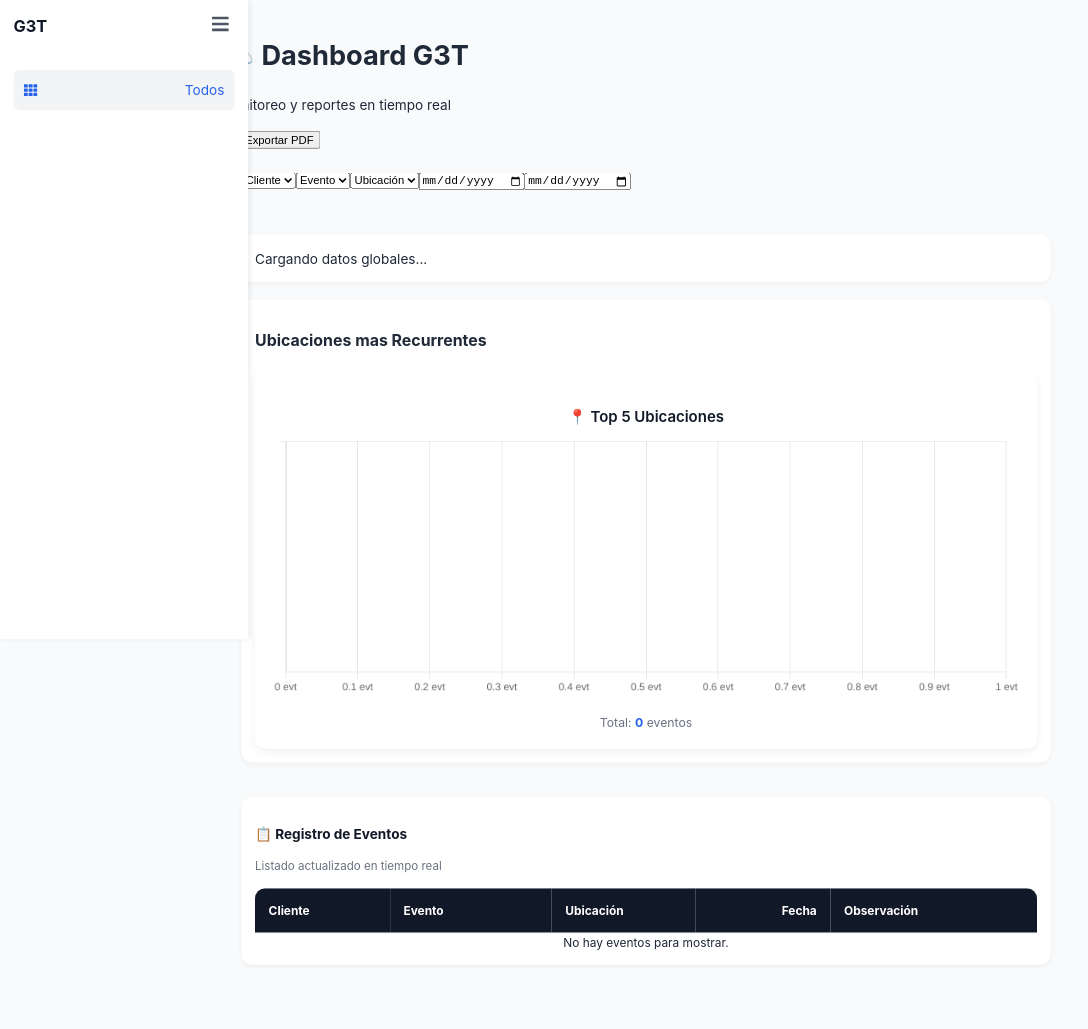
Repository: BBrian11/reportes
Page: /
An editor plug-in stored every save of this project. The page is shown before and after the next save, followed by the edit.
The browser window is 1280 px wide. The pictures show the whole page, at 85% of full size.
The page's requests for data from a server got no answer. The project was rebuilt for these pictures with package versions that can differ from the ones it lists, and the page was loaded fresh each time. No one was signed in, and anything a server would have sent is missing. Also part of the build but not shown: vite.config.js, src/styles/barChart.css, src/components/Dashboard/BarChart.jsx, src/components/Dashboard/PieChart.jsx, src/components/Dashboard/LineChart.jsx, src/styles/tgsstats.css, src/components/Dashboard/TgsStats.jsx, src/styles/edificiostats.css and 8 more.

Above is the page before, as saved 2025-07-31 13:46:00.

### index.html
<!DOCTYPE html>
<html lang="es">
  <head>
    <meta charset="UTF-8" />
    <meta name="viewport" content="width=device-width, initial-scale=1.0" />
    <title>Dashboard G3T</title>
  </head>
  <body>
    <div id="root"></div>
    <script type="module" src="/src/main.jsx"></script>
  </body>
</html>

### src/main.jsx
import React from "react";
import ReactDOM from "react-dom/client";
import App from "./App.jsx";
import "./styles/dashboard.css";
import "./styles/form.css";

ReactDOM.createRoot(document.getElementById("root")).render(
  <React.StrictMode>
    <App />
  </React.StrictMode>
);

### src/App.jsx
import React from "react";
import Dashboard from "./components/Dashboard/Dashboard.jsx";

export default function App() {
  return <Dashboard />;
}

### src/components/Dashboard/Dashboard.jsx
import React, { useEffect, useState } from "react";
import Sidebar from "./Sidebar.jsx";
import Header from "./Header.jsx";
import Filters from "./Filters.jsx";
import Charts from "./Charts.jsx";
import EventsTable from "./EventsTable.jsx";
import TgsStats from "./TgsStats.jsx";
import EdificioStats from "./EdificioStats.jsx";
import VtvStats from "./VtvStats.jsx";
import GlobalStats from "./GlobalStats.jsx";
import MiniCharts from "./MiniCharts.jsx";
import LineAnalytics from "./LineAnalytics.jsx";
import { collection, onSnapshot } from "firebase/firestore";
import { db } from "../../services/firebase";
import "../../styles/dashboard.css";

export default function Dashboard() {
  const [eventos, setEventos] = useState([]);
  const [filtros, setFiltros] = useState({
    cliente: "",
    ubicacion: "",
    evento: "",
    fechaInicio: "",
    fechaFin: "",
  });

  // ✅ Sidebar handlers
  const handleSelectCliente = (cliente) => {
    setFiltros({ ...filtros, cliente: cliente === "Todos" ? "" : cliente, ubicacion: "" });
  };

  const handleSelectUbicacion = (cliente, ubicacion) => {
    setFiltros({ ...filtros, cliente, ubicacion });
  };

  // ✅ Firestore listener
  useEffect(() => {
    const collections = [
      { path: "novedades/tgs/eventos", cliente: "TGS", eventoKey: "evento-tgs", ubicacionKey: "locaciones-tgs" },
      { path: "novedades/edificios/eventos", cliente: "Edificios", eventoKey: "evento-edificio" },
      { path: "novedades/vtv/eventos", cliente: "VTV", eventoKey: "evento-vtv", ubicacionKey: "planta-vtv" },
      { path: "novedades/barrios/eventos", cliente: "Barrios", eventoKey: "evento-barrios", ubicacionKey: "barrio" },
      { path: "novedades/otros/eventos", cliente: "Otros", eventoKey: "evento-otros", ubicacionKey: "otro" },
    ];

    const unsubscribes = collections.map(({ path, cliente, eventoKey, ubicacionKey }) =>
      onSnapshot(collection(db, path), (snapshot) => {
        const nuevos = snapshot.docs.map((doc) => {
          const d = doc.data();
          let ubicacion = "Sin Ubicación";

          if (cliente === "Edificios") {
            const edificio = d["edificio"] || "";
            const unidad = d["unidad"] ? ` - ${d["unidad"]}` : "";
            ubicacion = edificio ? edificio + unidad : "Sin Ubicación";
          } else {
            ubicacion = d[ubicacionKey] || "Sin Ubicación";
          }

          return {
            id: doc.id,
            cliente,
            evento: d[eventoKey] || "Sin Evento",
            ubicacion,
            fecha: d.fechaHoraEnvio ? new Date(d.fechaHoraEnvio.seconds * 1000).toLocaleString("es-AR") : "Sin Fecha",
            fechaObj: d.fechaHoraEnvio ? new Date(d.fechaHoraEnvio.seconds * 1000) : null,
            observacion: d[`observaciones-${cliente.toLowerCase()}`] || "Sin Observación",
          };
        });

        setEventos((prev) => [...prev.filter((e) => e.cliente !== cliente), ...nuevos]);
      })
    );

    return () => unsubscribes.forEach((unsub) => unsub());
  }, []);

  // ✅ Filtrado dinámico
  const eventosFiltrados = eventos.filter((e) => {
    const fechaEvento = e.fechaObj;
    const fechaInicio = filtros.fechaInicio ? new Date(filtros.fechaInicio) : null;
    const fechaFin = filtros.fechaFin ? new Date(filtros.fechaFin) : null;

    return (
      (!filtros.cliente || e.cliente === filtros.cliente) &&
      (!filtros.ubicacion || e.ubicacion === filtros.ubicacion) &&
      (!filtros.evento || e.evento === filtros.evento) &&
      (!fechaInicio || fechaEvento >= fechaInicio) &&
      (!fechaFin || fechaEvento <= fechaFin)
    );
  });

  return (
    <div className="dashboard-layout">
      <Sidebar eventos={eventos} onSelectCliente={handleSelectCliente} onSelectUbicacion={handleSelectUbicacion} />

      <main className="dashboard-main">
        <Header />
        <div className="dashboard-content">
          <Filters filtros={filtros} setFiltros={setFiltros} eventos={eventos} />

          {!filtros.cliente ? (
            <div className="grid-layout">
              <GlobalStats eventos={eventosFiltrados} />
              <Charts eventos={eventosFiltrados} />
              <EventsTable eventos={eventosFiltrados} className="events-table-large" /> {/* ✅ Tabla más grande */}
            </div>
          ) : (
            <div className="grid-layout">
              <MiniCharts eventos={eventosFiltrados} />
              <LineAnalytics eventos={eventosFiltrados} cliente={filtros.cliente} fechaInicio={filtros.fechaInicio} fechaFin={filtros.fechaFin} />

              {/* ✅ Estadísticas específicas */}
              {filtros.cliente === "TGS" && <TgsStats eventos={eventosFiltrados} />}
              {filtros.cliente === "Edificios" && <EdificioStats eventos={eventosFiltrados} />}
              {filtros.cliente === "VTV" && <VtvStats eventos={eventosFiltrados} />}
              {filtros.cliente === "Otros" && <VtvStats eventos={eventosFiltrados} />}

              <div className="dashboard-content">
                <div className="grid-layout">
                  <EventsTable eventos={eventosFiltrados} className="events-table-large" />
                </div>
              </div>
            </div>
          )}
        </div>
      </main>
    </div>
  );
}

### src/components/Dashboard/Header.jsx
import React from 'react';

export default function Header() {
  return (
    <div className="bg-gradient-to-r from-blue-700 to-indigo-800 text-white p-4 rounded-lg shadow-md flex justify-between items-center mb-4">
      <div>
        <h1 className="text-xl font-bold">📡 Dashboard G3T</h1>
        <p className="text-sm">Monitoreo y reportes en tiempo real</p>
      </div>
      <button className="bg-white text-blue-900 px-4 py-2 rounded shadow hover:bg-gray-200 transition">
        📄 Exportar PDF
      </button>
    </div>
  );
}

### src/components/Dashboard/Filters.jsx
import React from 'react';

export default function Filters() {
  return (
    <div className="bg-white p-4 rounded-lg shadow mb-4 flex flex-wrap gap-2">
      <select className="border p-2 rounded w-full md:w-auto">
        <option>Cliente</option>
      </select>
      <select className="border p-2 rounded w-full md:w-auto">
        <option>Evento</option>
      </select>
      <select className="border p-2 rounded w-full md:w-auto">
        <option>Ubicación</option>
      </select>
      <input type="date" className="border p-2 rounded w-full md:w-auto" />
      <input type="date" className="border p-2 rounded w-full md:w-auto" />
    </div>
  );
}

### src/components/Dashboard/Charts.jsx
import React from "react";
import BarChart from "./BarChart";
import PieChart from "./PieChart";
import LineChart from "./LineChart";
import HorizontalChart from "./HorizontalChart";
import {
  Chart as ChartJS,
  CategoryScale,
  LinearScale,
  BarElement,
  ArcElement,
  PointElement,
  LineElement,
  Title,
  Tooltip,
  Legend,
} from "chart.js";

ChartJS.register(
  CategoryScale,
  LinearScale,
  BarElement,
  ArcElement,
  PointElement,
  LineElement,
  Title,
  Tooltip,
  Legend
);

export default function Charts({ eventos }) {
  return (
    <div className="grid grid-cols-1 lg:grid-cols-2 gap-6 mb-6">
      {/* Eventos por mes */}




      {/* Top ubicaciones */}
      <div className="bg-white rounded-xl shadow p-4 hover:shadow-lg transition">
        <h3 className="text-lg font-semibold mb-4 flex items-center justify-between">
          Ubicaciones mas Recurrentes

        </h3>
        <HorizontalChart eventos={eventos} />

      </div>
    </div>
  );
}

### src/components/Dashboard/EventsTable.jsx
import React from "react";
import DataTable, { createTheme } from "react-data-table-component";
import "../../styles/eventstable.css";

// ✅ Tema personalizado para DataTable
createTheme("g3tTheme", {
  text: {
    primary: "#1f2937",
    secondary: "#6b7280",
  },
  background: {
    default: "#ffffff",
  },
  context: {
    background: "#2563eb",
    text: "#FFFFFF",
  },
  divider: {
    default: "#e5e7eb",
  },
  action: {
    button: "rgba(0,0,0,.54)",
    hover: "rgba(0,0,0,.08)",
    disabled: "rgba(0,0,0,.12)",
  },
});

export default function EventsTable({ eventos }) {
  const columns = [
    { name: "Cliente", selector: row => row.cliente, sortable: true, grow: 1.2 },
    { name: "Evento", selector: row => row.evento, sortable: true, grow: 1.5 },
    { name: "Ubicación", selector: row => row.ubicacion, grow: 1.3 },
    { name: "Fecha", selector: row => row.fecha, sortable: true, right: true, grow: 1.2 },
    { name: "Observación", selector: row => row.observacion, grow: 2, wrap: true },
  ];

  const customStyles = {
    headCells: {
      style: {
        fontWeight: "700",
        fontSize: "14px",
        backgroundColor: "#111827",
        color: "#fff",
        paddingTop: "12px",
        paddingBottom: "12px",
      },
    },
    cells: {
      style: {
        fontSize: "13px",
        paddingTop: "8px",
        paddingBottom: "8px",
      },
    },
    rows: {
      style: {
        "&:hover": {
          backgroundColor: "#f3f4f6",
          cursor: "pointer",
        },
      },
    },
  };

  return (
    <div className="event-table-card">
      <div className="table-header">
        <h3 className="table-title">
          📋 Registro de Eventos
        </h3>
        <span className="table-subtitle">Listado actualizado en tiempo real</span>
      </div>
      <DataTable
        columns={columns}
        data={eventos}
        pagination
        highlightOnHover
        responsive
        persistTableHead
        striped
        noDataComponent="No hay eventos para mostrar."
        theme="g3tTheme"
        customStyles={customStyles}
        paginationPerPage={10}
        paginationRowsPerPageOptions={[10, 20, 50]}
        fixedHeader
        fixedHeaderScrollHeight="400px"
      />
    </div>
  );
}

### src/styles/sidebar.css
.sidebar {
    width: 260px;
    background: #fff;
    height: 100vh;
    position: fixed;
    top: 0;
    left: 0;
    display: flex;
    flex-direction: column;
    padding: 16px;
    box-shadow: 2px 0 6px rgba(0, 0, 0, 0.08);
    transition: width 0.3s ease;
    overflow: hidden;
  }

  .sidebar.collapsed {
    width: 80px;
  }

  .sidebar-header {
    display: flex;
    justify-content: space-between;
    align-items: center;
    margin-bottom: 20px;
  }

  .logo-text {
    font-size: 1.2rem;
    font-weight: 700;
    color: #111827;
  }

  .toggle-btn {
    background: none;
    border: none;
    font-size: 1.4rem;
    cursor: pointer;
    color: #4b5563;
  }

  .sidebar ul {
    list-style: none;
    padding: 0;
  }

  .sidebar-item {
    margin-bottom: 6px;
  }

  .sidebar-link {
    display: flex;
    align-items: center;
    justify-content: space-between;
    padding: 12px;
    border-radius: 8px;
    color: #374151;
    cursor: pointer;
    transition: background 0.2s ease;
  }

  .sidebar-link:hover,
  .sidebar-link.active {
    background: #f3f4f6;
    color: #2563eb;
  }

  .sub-menu {
    background: #f9fafb;
    margin-top: 6px;
    border-radius: 6px;
    padding: 8px;
  }

  .search-input {
    width: 100%;
    padding: 6px 10px;
    border-radius: 6px;
    border: 1px solid #d1d5db;
    margin-bottom: 8px;
    font-size: 0.9rem;
  }

  .scrollable-list {
    max-height: 180px; /* ✅ Scroll interno */
    overflow-y: auto;
  }

  .scrollable-list ul {
    list-style: none;
    padding-left: 12px;
    margin: 4px 0;
  }

  .sub-item {
    padding: 6px;
    cursor: pointer;
    border-radius: 4px;
    font-size: 0.9rem;
    color: #4b5563;
  }

  .sub-item:hover {
    background: #e5e7eb;
    color: #111827;
  }

  .grupo {
    margin-bottom: 8px;
  }

  .grupo strong {
    font-size: 0.85rem;
    color: #6b7280;
    display: block;
    margin-bottom: 4px;
  }

### src/components/Dashboard/HorizontalChart.jsx
import { Bar } from "react-chartjs-2";
import "../../styles/horizontalchart.css"; // ✅ Nueva hoja de estilos

export default function HorizontalChart({ eventos }) {
  const countByLocation = {};
  eventos.forEach(e => {
    countByLocation[e.ubicacion] = (countByLocation[e.ubicacion] || 0) + 1;
  });

  const sorted = Object.entries(countByLocation)
    .sort((a, b) => b[1] - a[1])
    .slice(0, 5);

  const labels = sorted.map(([loc]) => loc);
  const values = sorted.map(([_, count]) => count);
  const total = values.reduce((a, b) => a + b, 0);

  const colors = ["#2563eb", "#16a34a", "#f59e0b", "#dc2626", "#6b7280"];

  const data = {
    labels,
    datasets: [
      {
        label: "Eventos",
        data: values,
        backgroundColor: colors,
        borderRadius: 6,
        barThickness: 28,
      },
    ],
  };

  const options = {
    indexAxis: "y",
    responsive: true,
    maintainAspectRatio: false,
    plugins: {
      legend: { display: false },
      tooltip: {
        callbacks: {
          label: (ctx) => {
            const count = ctx.parsed.x;
            const pct = ((count / total) * 100).toFixed(1);
            return ` ${count} eventos (${pct}%)`;
          },
        },
      },
    },
    scales: {
      x: {
        ticks: {
          callback: (value) => value + " evt",
        },
      },
    },
  };

  return (
    <div className="horizontal-chart-card">
      <h4 className="horizontal-chart-title">📍 Top 5 Ubicaciones</h4>
      <div className="horizontal-chart-wrapper">
        <Bar data={data} options={options} />
      </div>
      <div className="horizontal-chart-footer">
        Total: <span>{total}</span> eventos
      </div>
    </div>
  );
}

### src/styles/eventstable.css
.event-table-card {
    background: #fff;
    border-radius: 12px;
    box-shadow: 0 4px 8px rgba(0,0,0,0.08);
    padding: 20px;
    margin-top: 20px;
    overflow: hidden;
  }

  .table-header {
    display: flex;
    flex-direction: column;
    margin-bottom: 16px;
  }

  .table-title {
    font-size: 1rem;
    font-weight: 700;
    color: #111827;
    display: flex;
    align-items: center;
    gap: 8px;
  }

  .table-subtitle {
    font-size: 0.85rem;
    color: #6b7280;
  }

  .rdt_TableHeader {
    border-bottom: 1px solid #e5e7eb;
  }

  .rdt_Table {
    font-size: 14px;
  }

  .rdt_TableRow {
    transition: background 0.2s ease;
  }

  .rdt_TableRow:hover {
    background: #f9fafb;
  }

  .rdt_Pagination {
    border-top: 1px solid #e5e7eb;
    padding: 10px;
    font-size: 0.85rem;
  }
  /* Contenedor general */
.events-table-wrapper {
  width: 100%;
  margin-top: 20px;
  overflow-x: auto;
}

/* ✅ Tamaño grande y diseño limpio */
.events-table {
  width: 100%;
  border-collapse: collapse;
  font-size: 1.05rem;
  background: #fff;
  border-radius: 12px;
  overflow: hidden;
  box-shadow: 0 6px 16px rgba(0, 0, 0, 0.08);
}

/* Cabecera */
.events-table thead {
  background-color: #1f2937; /* Dark elegante */
  color: #fff;
}

.events-table th {
  padding: 16px 14px;
  text-align: left;
  font-weight: 600;
  font-size: 1rem;
  letter-spacing: 0.5px;
}

/* Filas */
.events-table td {
  padding: 14px;
  border-bottom: 1px solid #e5e7eb;
  color: #374151;
}

/* Hover fila */
.events-table tbody tr:hover {
  background: #f9fafb;
  transition: 0.2s ease-in-out;
}

/* ✅ Versión grande */
.events-table-large .events-table {
  font-size: 1.2rem;
}

.events-table-large .events-table th,
.events-table-large .events-table td {
  padding: 18px 16px;
}

### src/styles/horizontalchart.css
.horizontal-chart-card {
    background: #fff;
    border-radius: 12px;
    padding: 20px;
    box-shadow: 0 4px 10px rgba(0, 0, 0, 0.06);
    display: flex;
    flex-direction: column;
    justify-content: space-between;
    height: 100%;
    transition: transform 0.2s ease, box-shadow 0.2s ease;
  }

  .horizontal-chart-card:hover {
    transform: translateY(-4px);
    box-shadow: 0 8px 16px rgba(0, 0, 0, 0.08);
  }

  .horizontal-chart-title {
    font-size: 1.1rem;
    font-weight: 600;
    color: #111827;
    margin-bottom: 16px;
    text-align: center;
  }

  .horizontal-chart-wrapper {
    position: relative;
    height: 300px;
    margin-bottom: 12px;
  }

  .horizontal-chart-footer {
    font-size: 0.9rem;
    color: #6b7280;
    text-align: center;
    margin-top: 8px;
  }

  .horizontal-chart-footer span {
    font-weight: bold;
    color: #2563eb;
  }

Loaded but not shown: src/services/firebase.js (16 lines, source omitted); src/styles/dashboard.css (651 lines, source omitted); src/components/Dashboard/GlobalStats.jsx (148 lines, source omitted); src/components/Dashboard/Sidebar.jsx (143 lines, source omitted)

After the next save:
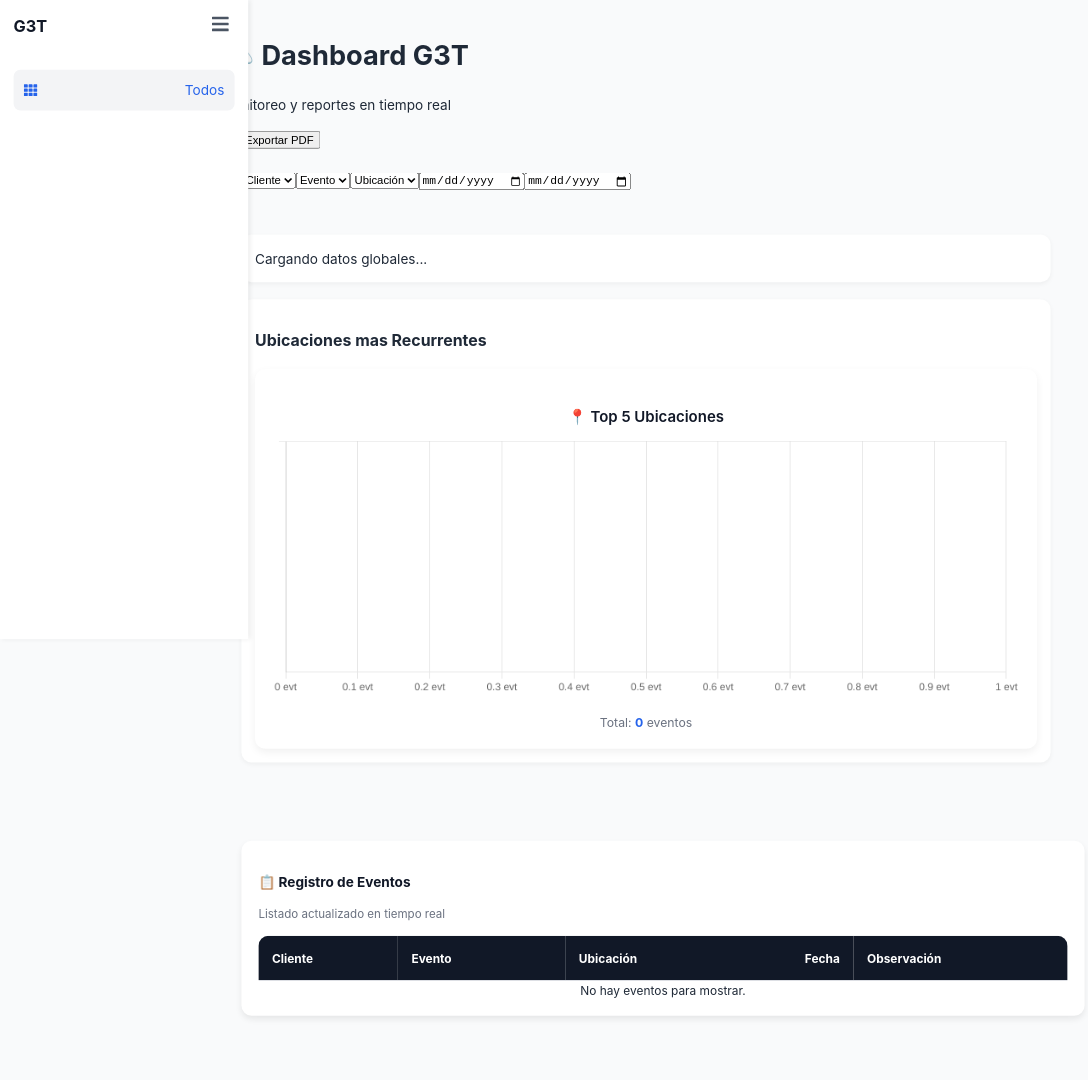
Saved 57 s later.
--- a/src/components/Dashboard/Dashboard.jsx
+++ b/src/components/Dashboard/Dashboard.jsx
@@ -100,31 +100,44 @@ export default function Dashboard() {
           <Filters filtros={filtros} setFiltros={setFiltros} eventos={eventos} />
 
           {!filtros.cliente ? (
-            <div className="grid-layout">
-              <GlobalStats eventos={eventosFiltrados} />
-              <Charts eventos={eventosFiltrados} />
-              <EventsTable eventos={eventosFiltrados} className="events-table-large" /> {/* ✅ Tabla más grande */}
-            </div>
+            <>
+              <div className="grid-layout">
+                <GlobalStats eventos={eventosFiltrados} />
+                <Charts eventos={eventosFiltrados} />
+              </div>
+
+              {/* ✅ Tabla FULL WIDTH */}
+              <div className="table-section">
+                <EventsTable eventos={eventosFiltrados} />
+              </div>
+            </>
           ) : (
-            <div className="grid-layout">
-              <MiniCharts eventos={eventosFiltrados} />
-              <LineAnalytics eventos={eventosFiltrados} cliente={filtros.cliente} fechaInicio={filtros.fechaInicio} fechaFin={filtros.fechaFin} />
+            <>
+              <div className="grid-layout">
+                <MiniCharts eventos={eventosFiltrados} />
+                <LineAnalytics
+                  eventos={eventosFiltrados}
+                  cliente={filtros.cliente}
+                  fechaInicio={filtros.fechaInicio}
+                  fechaFin={filtros.fechaFin}
+                />
 
-              {/* ✅ Estadísticas específicas */}
-              {filtros.cliente === "TGS" && <TgsStats eventos={eventosFiltrados} />}
-              {filtros.cliente === "Edificios" && <EdificioStats eventos={eventosFiltrados} />}
-              {filtros.cliente === "VTV" && <VtvStats eventos={eventosFiltrados} />}
-              {filtros.cliente === "Otros" && <VtvStats eventos={eventosFiltrados} />}
+                {/* ✅ Estadísticas específicas */}
+                {filtros.cliente === "TGS" && <TgsStats eventos={eventosFiltrados} />}
+                {filtros.cliente === "Edificios" && <EdificioStats eventos={eventosFiltrados} />}
+                {filtros.cliente === "VTV" && <VtvStats eventos={eventosFiltrados} />}
+                {filtros.cliente === "Otros" && <VtvStats eventos={eventosFiltrados} />}
+              </div>
 
-              <div className="dashboard-content">
-                <div className="grid-layout">
-                  <EventsTable eventos={eventosFiltrados} className="events-table-large" />
-                </div>
+              {/* ✅ Tabla FULL WIDTH */}
+              <div className="table-section">
+                <EventsTable eventos={eventosFiltrados} />
               </div>
-            </div>
+            </>
           )}
         </div>
       </main>
     </div>
   );
+
 }
